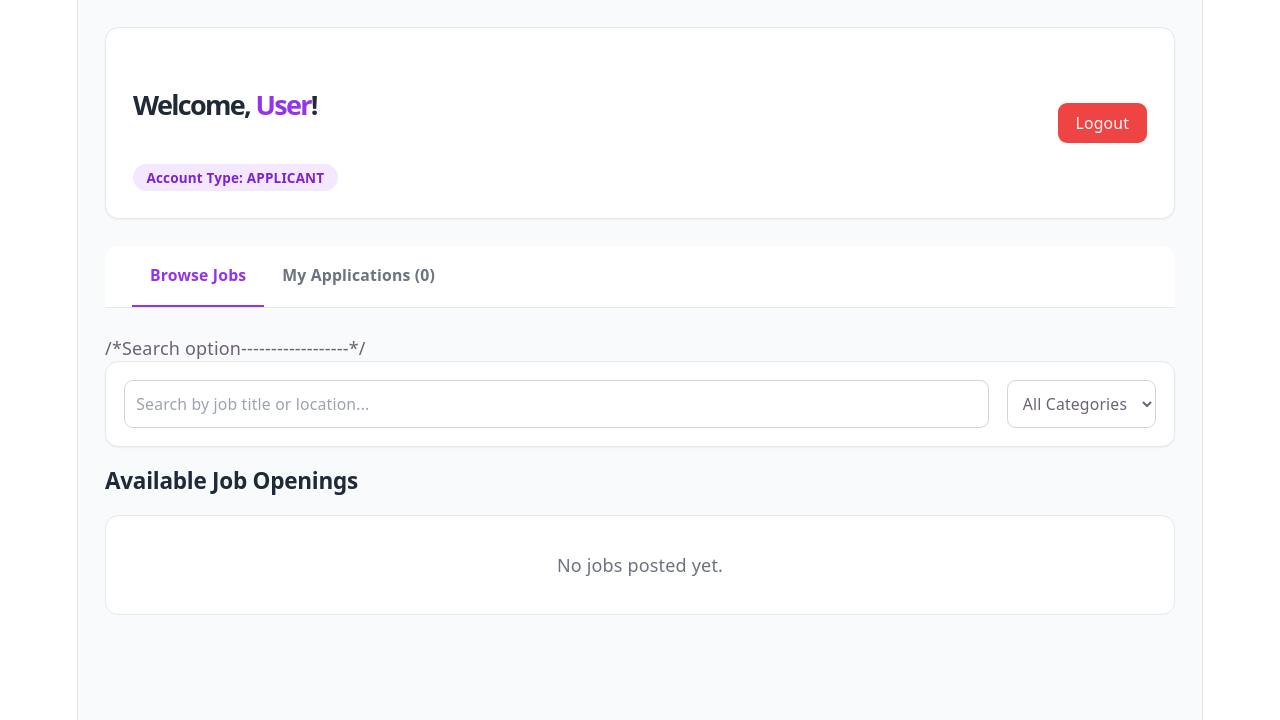
Repository: mdkawsarjomadder/job-portal
Page: /dashboard (app in job-portal/frontend/)
The author's editor kept a copy of each file at every save. The page is drawn from the files as they stood at one save, then again after the next save.
The browser window is 1280 px wide. The pictures show the whole page.
The page's requests for data from a server got no answer. The project was rebuilt for these pictures with package versions that can differ from the ones it lists, and the page was loaded fresh each time. No one was signed in, and anything a server would have sent is missing. Also part of the build but not shown: job-portal/frontend/vite.config.js, job-portal/frontend/src/pages/Login.jsx, job-portal/frontend/src/pages/Register.jsx, job-portal/frontend/src/pages/EmployerDashboard.jsx, job-portal/frontend/src/pages/CreateJob.jsx.

Above is the page before, as saved 2026-09-04 17:54:16.

### job-portal/frontend/src/index.css
@tailwind base;
@tailwind components;
@tailwind utilities;

:root {
  --text: #6b6375;
  --text-h: #08060d;
  --bg: #fff;
  --border: #e5e4e7;
  --code-bg: #f4f3ec;
  --accent: #aa3bff;
  --accent-bg: rgba(170, 59, 255, 0.1);
  --accent-border: rgba(170, 59, 255, 0.5);
  --social-bg: rgba(244, 243, 236, 0.5);
  --shadow: rgba(0, 0, 0, 0.1) 0 10px 15px -3px, rgba(0, 0, 0, 0.05) 0 4px 6px -2px;

  --sans: system-ui, 'Segoe UI', Roboto, sans-serif;
  --heading: system-ui, 'Segoe UI', Roboto, sans-serif;
  --mono: ui-monospace, Consolas, monospace;

  font: 18px/145% var(--sans);
  letter-spacing: 0.18px;
  color-scheme: light dark;
  color: var(--text);
  background: var(--bg);
  font-synthesis: none;
  text-rendering: optimizeLegibility;
  -webkit-font-smoothing: antialiased;
  -moz-osx-font-smoothing: grayscale;
}

@media (max-width: 1024px) {
  :root {
    font-size: 16px;
  }
}

@media (prefers-color-scheme: dark) {
  :root {
    --text: #9ca3af;
    --text-h: #f3f4f6;
    --bg: #16171d;
    --border: #2e303a;
    --code-bg: #1f2028;
    --accent: #c084fc;
    --accent-bg: rgba(192, 132, 252, 0.15);
    --accent-border: rgba(192, 132, 252, 0.5);
    --social-bg: rgba(47, 48, 58, 0.5);
    --shadow: rgba(0, 0, 0, 0.4) 0 10px 15px -3px, rgba(0, 0, 0, 0.25) 0 4px 6px -2px;
  }

  #social .button-icon {
    filter: invert(1) brightness(2);
  }
}

body {
  margin: 0;
}

#root {
  width: 1126px;
  max-width: 100%;
  margin: 0 auto;
  text-align: center;
  border-inline: 1px solid var(--border);
  min-height: 100svh;
  display: flex;
  flex-direction: column;
  box-sizing: border-box;
}

h1,
h2 {
  font-family: var(--heading);
  font-weight: 500;
  color: var(--text-h);
}

h1 {
  font-size: 56px;
  letter-spacing: -1.68px;
  margin: 32px 0;
}

h2 {
  font-size: 24px;
  line-height: 118%;
  letter-spacing: -0.24px;
  margin: 0 0 8px;
}

@media (max-width: 1024px) {
  h1 {
    font-size: 36px;
    margin: 20px 0;
  }
  h2 {
    font-size: 20px;
  }
}

p {
  margin: 0;
}

code,
.counter {
  font-family: var(--mono);
  display: inline-flex;
  border-radius: 4px;
  color: var(--text-h);
}

code {
  font-size: 15px;
  line-height: 135%;
  padding: 4px 8px;
  background: var(--code-bg);
}

### job-portal/frontend/src/App.jsx
import { BrowserRouter as Router, Routes, Route } from 'react-router-dom';
import Login from './pages/Login';
import Register from './pages/Register';
import ApplicantDashboard from './pages/ApplicantDashboard';
import EmployerDashboard from './pages/EmployerDashboard'; // ১. ইম্পোর্ট নিশ্চিত করুন
import CreateJob from './pages/CreateJob';

function App() {
  return (
    <Router>
      <Routes>
        <Route path="/login" element={<Login />} />
        <Route path="/register" element={<Register />} />
        <Route path="/dashboard" element={<ApplicantDashboard />} />

        {/* ২. সঠিকভাবে রুট মাউন্ট করুন */}
        <Route path="/employerdashboard" element={<EmployerDashboard />} />
        <Route path="/create-job" element={<CreateJob />} />

        {/* ডিফল্ট রুট */}
        <Route path="/" element={<Login />} />
      </Routes>
    </Router>
  );
}

export default App;

### job-portal/frontend/src/pages/ApplicantDashboard.jsx
import React, { useState, useEffect, use } from 'react';
import axios from 'axios';
import { useNavigate } from 'react-router-dom';

export default function ApplicantDashboard() {
  const navigate = useNavigate();
  const [user, setUser] = useState(null);
  const [jobs, setJobs] = useState([]);
  const [appliedJobs, setAppliedJobs] = useState([]);
  const [activeTab, setActiveTab] = useState('browse');

  //Serch create------------------------|

  const [searchTerm, setSearchTerm] = useState('');
  const [selectedCategory, setSelectdCategory] = useState('');


  useEffect(() => {
    // ১. ইউজার ডাটা ফেচ
    const storedUser = localStorage.getItem('user');
    if (storedUser) {
      setUser(JSON.parse(storedUser));
    }

    // ২. জব এবং অ্যাপ্লিকেশন লোড
    fetchJobs();
    fetchMyApplications();
  }, []);

  const fetchJobs = async () => {
    try {
      const res = await axios.get('http://localhost:5000/api/jobs');
      setJobs(res.data);
    } catch (err) {
      console.error('Error fetching jobs:', err);
    }
  };

  const fetchMyApplications = async () => {
    const token = localStorage.getItem('token');
    if (!token) return;

    try {
      const res = await axios.get('http://localhost:5000/api/jobs/my-applications', {
        headers: { Authorization: `Bearer ${token}` },
      });
      setAppliedJobs(res.data);
    } catch (err) {
      console.error('Error fetching applications:', err);
    }
  };

  const handleApply = async (job) => {
    const token = localStorage.getItem('token');

    if (!token) {
      alert('Please login to apply');
      return;
    }

    try {
      const res = await axios.post(
        'http://localhost:5000/api/jobs/apply',
        {
          jobId: job.id,
          resumeUrl: 'https://example.com/my-resume.pdf',
        },
        {
          headers: {
            Authorization: `Bearer ${token}`,
          },
        }
      );

      alert(res.data.message);
      fetchMyApplications(); // আবেদন সফল হলে সাথে সাথে তালিকা রিফ্রেশ হবে
    } catch (err) {
      console.error('Application Error:', err);
      alert(err.response?.data?.message || 'Failed to apply');
    }
  };

  const handleLogout = () => {
    localStorage.removeItem('token');
    localStorage.removeItem('user');
    navigate('/login');
  };

  //Search category filer
  const filteredJobs = jobs.filter((job) => {
    const matchesSearch =
          job.title.toLowerCase().includes(searchTerm.toLowerCase()) ||
          job.location.toLowerCase().includes(searchTerm.toLowerCase());

      const matchesCategory =
      selectedCategory === 'All' || job.category.toLowerCase() === selectedCategory.toLowerCase();
     return matchesSearch && matchesCategory;
    });

  return (
    <div className="min-h-screen bg-gray-50 p-6 text-left">
      <div className="max-w-5xl mx-auto space-y-6">

        {/* Profile Header Card */}
        <div className="bg-white p-6 rounded-xl shadow-sm border border-gray-200 flex flex-col md:flex-row justify-between items-start md:items-center gap-4">
          <div>
            <h1 className="text-2xl font-bold text-gray-800">
              Welcome, <span className="text-purple-600">{user?.name || 'User'}</span>!
            </h1>
            <p className="text-sm text-gray-500">{user?.email}</p>
            <span className="inline-block mt-2 px-3 py-1 bg-purple-100 text-purple-700 text-xs font-semibold rounded-full">
              Account Type: {user?.role || 'APPLICANT'}
            </span>
          </div>

          <button
            onClick={handleLogout}
            className="px-4 py-2 bg-red-500 hover:bg-red-600 text-white font-medium text-sm rounded-lg transition duration-200"
          >
            Logout
          </button>
        </div>

        {/* Navigation Tabs */}
        <div className="flex border-b border-gray-200 bg-white px-6 rounded-t-xl">
          <button
            onClick={() => setActiveTab('browse')}
            className={`py-4 px-4 font-semibold text-sm border-b-2 transition-colors ${
              activeTab === 'browse'
                ? 'border-purple-600 text-purple-600'
                : 'border-transparent text-gray-500 hover:text-gray-700'
            }`}
          >
            Browse Jobs
          </button>
          <button
            onClick={() => setActiveTab('applications')}
            className={`py-4 px-4 font-semibold text-sm border-b-2 transition-colors ${
              activeTab === 'applications'
                ? 'border-purple-600 text-purple-600'
                : 'border-transparent text-gray-500 hover:text-gray-700'
            }`}
          >
            My Applications ({appliedJobs.length})
          </button>
        </div>

        {/* Tab Content */}
        {activeTab === 'browse' ? (
          <div className="space-y-4">

             /*Search option------------------*/
             <div className="flex flex-col md:flex-row gap-4 bg-white p-4 rounded-xl border border-gray-200 shadow-sm">
              <input
                type="text"
                placeholder="Search by job title or location..."
                value={searchTerm}
                onChange={(e) => setSearchTerm(e.target.value)}
                className="flex-1 border border-gray-300 rounded-lg p-2.5 text-sm focus:outline-none focus:ring-2 focus:ring-purple-500"
              />
              <select
                value={selectedCategory}
                onChange={(e) => setSelectedCategory(e.target.value)}
                className="border border-gray-300 rounded-lg p-2.5 text-sm focus:outline-none focus:ring-2 focus:ring-purple-500 bg-white"
              >
                <option value="All">All Categories</option>
                <option value="IT">IT / Software</option>
                <option value="Design">Design</option>
                <option value="Marketing">Marketing</option>
              </select>
            </div>

            <h2 className="text-xl font-bold text-gray-800">Available Job Openings</h2>
            {jobs.length === 0 ? (
              <div className="bg-white p-8 text-center text-gray-500 rounded-xl border border-gray-200">
                No jobs posted yet.
              </div>
            ) : (
              <div className="grid grid-cols-1 md:grid-cols-2 gap-4">
                {jobs.map((job) => (
                  <div key={job.id} className="bg-white p-5 rounded-xl border border-gray-200 shadow-sm hover:shadow-md transition">
                    <div className="flex justify-between items-start">
                      <div>
                        <h3 className="font-bold text-lg text-gray-800">{job.title}</h3>
                        <p className="text-sm text-gray-500 font-medium">{job.employer?.name || 'Company'}</p>
                      </div>
                      <span className="px-2.5 py-1 bg-green-100 text-green-700 text-xs font-semibold rounded-md">
                        {job.jobType}
                      </span>
                    </div>

                    <div className="mt-4 text-sm text-gray-600 space-y-1">
                      <p>📍 {job.location}</p>
                      <p>💼 {job.category}</p>
                      <p>💰 {job.salary}</p>
                    </div>

                    <button
                      onClick={() => handleApply(job)}
                      className="mt-5 w-full bg-purple-600 hover:bg-purple-700 text-white font-medium py-2 rounded-lg transition duration-200"
                    >
                      Apply Now
                    </button>
                  </div>
                ))}
              </div>
            )}
          </div>
        ) : (
          <div className="space-y-4">
            <h2 className="text-xl font-bold text-gray-800">Applied Jobs</h2>
            {appliedJobs.length === 0 ? (
              <div className="bg-white p-8 text-center text-gray-500 rounded-xl border border-gray-200">
                You haven't applied to any jobs yet.
              </div>
            ) : (
              <div className="bg-white rounded-xl border border-gray-200 overflow-hidden">
                <table className="w-full text-left border-collapse">
                  <thead>
                    <tr className="bg-gray-50 border-b border-gray-200 text-xs font-semibold text-gray-500 uppercase">
                      <th className="p-4">Job Title</th>
                      <th className="p-4">Category</th>
                      <th className="p-4">Applied Date</th>
                      <th className="p-4">Status</th>
                    </tr>
                  </thead>
                  <tbody className="divide-y divide-gray-200 text-sm">
                    {appliedJobs.map((app) => (
                      <tr key={app.id}>
                        <td className="p-4 font-semibold text-gray-800">{app.job?.title}</td>
                        <td className="p-4 text-gray-600">{app.job?.category}</td>
                        <td className="p-4 text-gray-500">
                          {new Date(app.appliedAt).toLocaleDateString()}
                        </td>
                        <td className="p-4">
                          <span className="px-2.5 py-1 bg-yellow-100 text-yellow-800 text-xs font-semibold rounded-full">
                            {app.status}
                          </span>
                        </td>
                      </tr>
                    ))}
                  </tbody>
                </table>
              </div>
            )}
          </div>
        )}

      </div>
    </div>
  );
}

Loaded but not shown: job-portal/frontend/src/main.jsx (common file); job-portal/frontend/tailwind.config.js (common file)

After the next save:
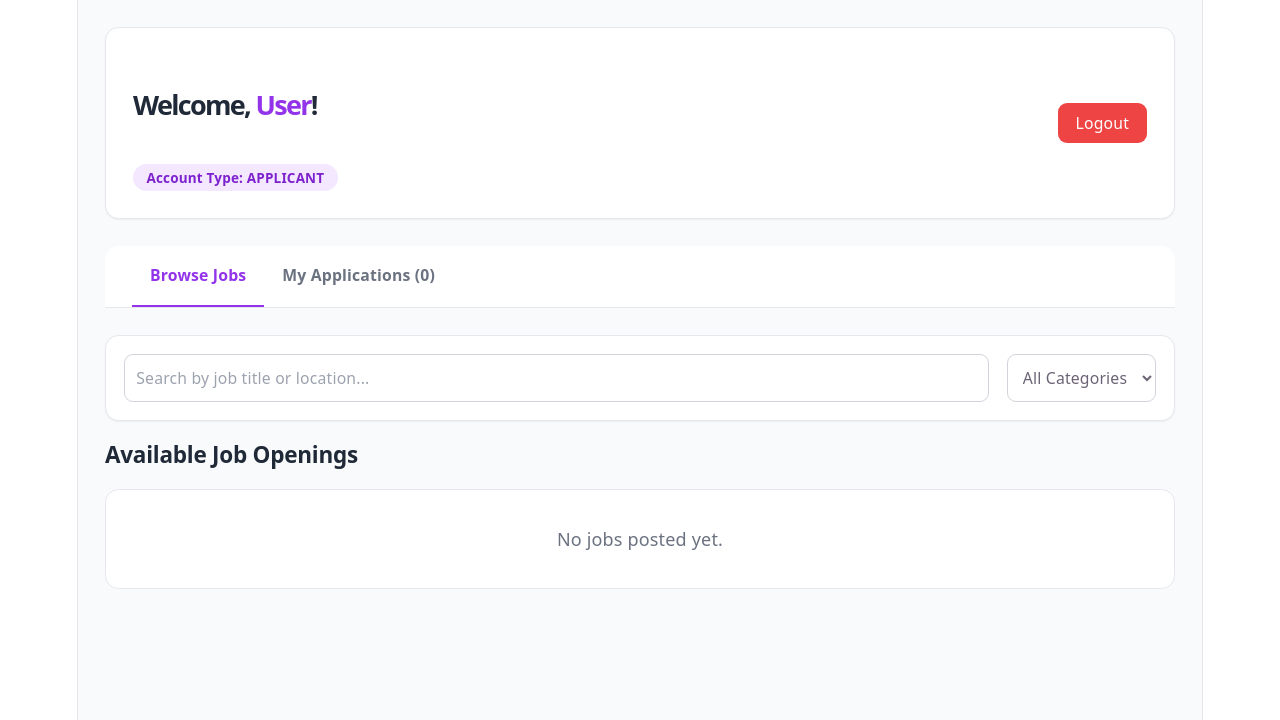
Saved 14 s later.
--- a/job-portal/frontend/src/pages/ApplicantDashboard.jsx
+++ b/job-portal/frontend/src/pages/ApplicantDashboard.jsx
@@ -149,7 +149,7 @@ export default function ApplicantDashboard() {
         {activeTab === 'browse' ? (
           <div className="space-y-4">
 
-             /*Search option------------------*/
+             {/*Search option------------------*/}
              <div className="flex flex-col md:flex-row gap-4 bg-white p-4 rounded-xl border border-gray-200 shadow-sm">
               <input
                 type="text"
